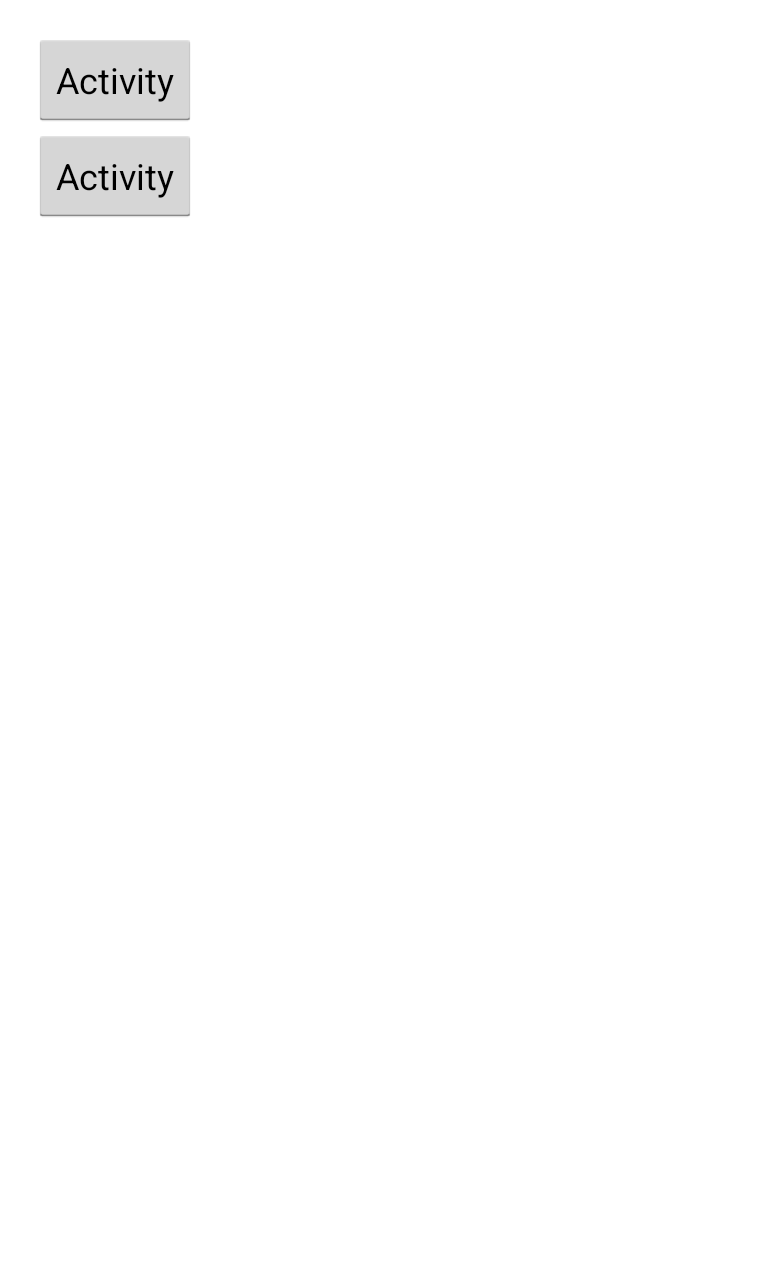
Repository: felipemfp/android-workspace
Layout: Aula05/res/layout/activity_main.xml
These files come from the project's save history. The layout is drawn as it stood at one moment and after the next save; the edit follows.
It is drawn on a 768 x 1280 px phone screen (xhdpi) without system bars, with theme AppTheme; the app's code is not run.

Above is the layout before, as saved 2015-12-15 11:53:32.

### Aula05/res/layout/activity_main.xml
<LinearLayout xmlns:android="http://schemas.android.com/apk/res/android"
    xmlns:tools="http://schemas.android.com/tools"
    android:layout_width="match_parent"
    android:layout_height="match_parent"
    android:orientation="vertical"
    android:paddingBottom="@dimen/activity_vertical_margin"
    android:paddingLeft="@dimen/activity_horizontal_margin"
    android:paddingRight="@dimen/activity_horizontal_margin"
    android:paddingTop="@dimen/activity_vertical_margin"
    tools:context=".MainActivity" >

   	<Button
   	    android:layout_width="wrap_content"
   	    android:layout_height="wrap_content"
   	    android:text="Activity"
   	   	android:id="@+id/btnActivity"/>


   	<Button
   	    android:layout_width="wrap_content"
   	    android:layout_height="wrap_content"
   	    android:text="Activity"
   	   	android:id="@+id/btnDialog"/>



</LinearLayout>

Loaded but not shown: Aula05/res/values/styles.xml (common file); Aula05/res/values-v11/styles.xml (common file); Aula05/res/values-v14/styles.xml (common file); Aula05/res/values/dimens.xml (common file)

After the next save:
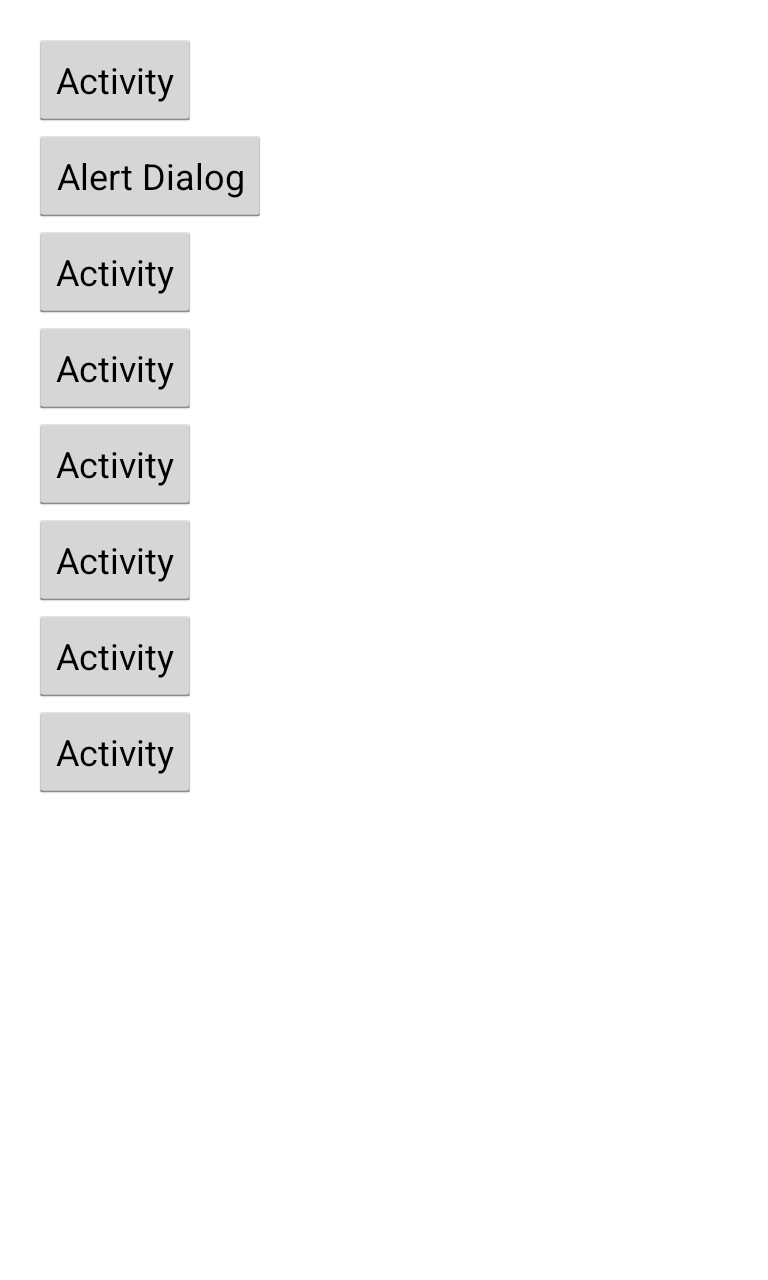
Saved 33 s later.
--- a/Aula05/res/layout/activity_main.xml
+++ b/Aula05/res/layout/activity_main.xml
@@ -19,9 +19,45 @@
    	<Button
    	    android:layout_width="wrap_content"
    	    android:layout_height="wrap_content"
-   	    android:text="Activity"
-   	   	android:id="@+id/btnDialog"/>
+   	    android:text="Alert Dialog"
+   	   	android:id="@+id/btnDialog1"/>
 
 
+   	<Button
+   	    android:layout_width="wrap_content"
+   	    android:layout_height="wrap_content"
+   	    android:text="Activity"
+   	   	android:id="@+id/btnDialog2"/>
+
+   	<Button
+   	    android:layout_width="wrap_content"
+   	    android:layout_height="wrap_content"
+   	    android:text="Activity"
+   	   	android:id="@+id/btnDialog3"/>
+
+   	<Button
+   	    android:layout_width="wrap_content"
+   	    android:layout_height="wrap_content"
+   	    android:text="Activity"
+   	   	android:id="@+id/btnDialog4"/>
+
+   	<Button
+   	    android:layout_width="wrap_content"
+   	    android:layout_height="wrap_content"
+   	    android:text="Activity"
+   	   	android:id="@+id/btnDialog5"/>
+
+   	<Button
+   	    android:layout_width="wrap_content"
+   	    android:layout_height="wrap_content"
+   	    android:text="Activity"
+   	   	android:id="@+id/btnDialog6"/>
+
+
+   	<Button
+   	    android:layout_width="wrap_content"
+   	    android:layout_height="wrap_content"
+   	    android:text="Activity"
+   	   	android:id="@+id/btnDialog7"/>
 
 </LinearLayout>
